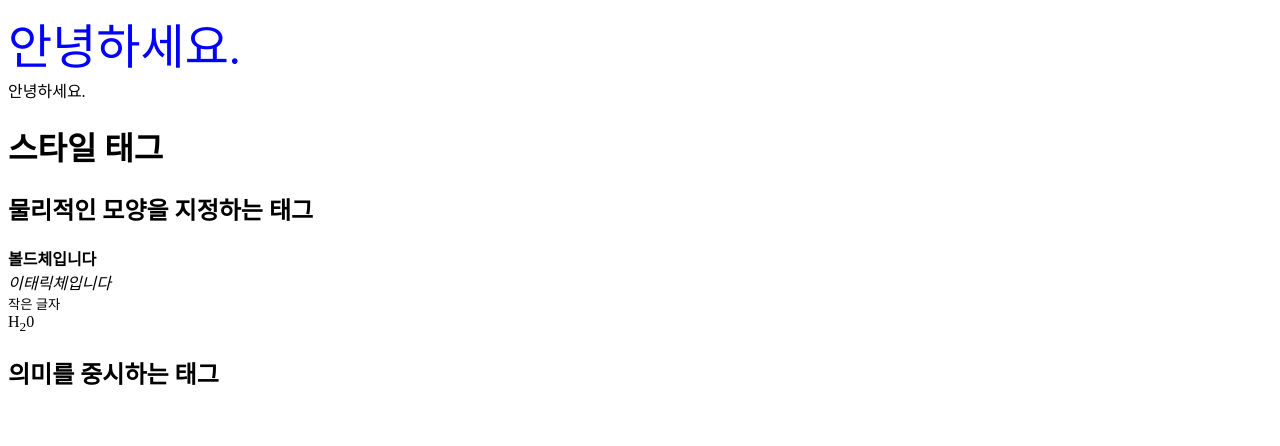
Repository: sujin9335/Front-end
Page: ClientTest/src/main/webapp/html/ex09_style.html
An editor plug-in stored every save of this project. The page is shown before and after the next save, followed by the edit.
The browser window is 1280 px wide. The pictures show the whole page.

Above is the page before, as saved 2023-09-20 01:37:36.

After the next save:
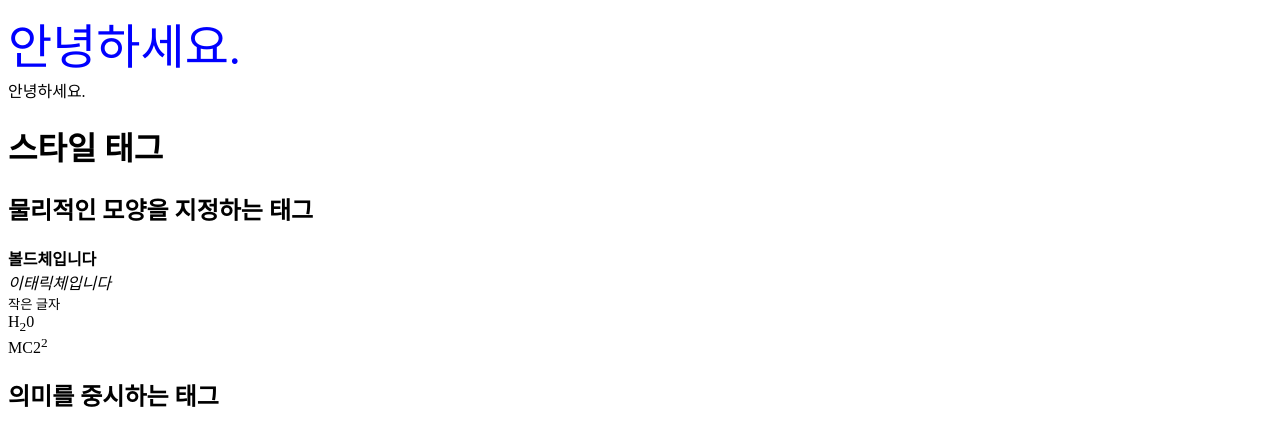
Saved 22 s later.
--- a/ClientTest/src/main/webapp/html/ex09_style.html
+++ b/ClientTest/src/main/webapp/html/ex09_style.html
@@ -27,6 +27,7 @@
 	<small>작은 글자</small><br>
 
 	H<sub>2</sub>0<br> <!-- 밑첨자 -->
+	MC2<sup>2</sup><br>
 
 	<h2>의미를 중시하는 태그</h2>
 
